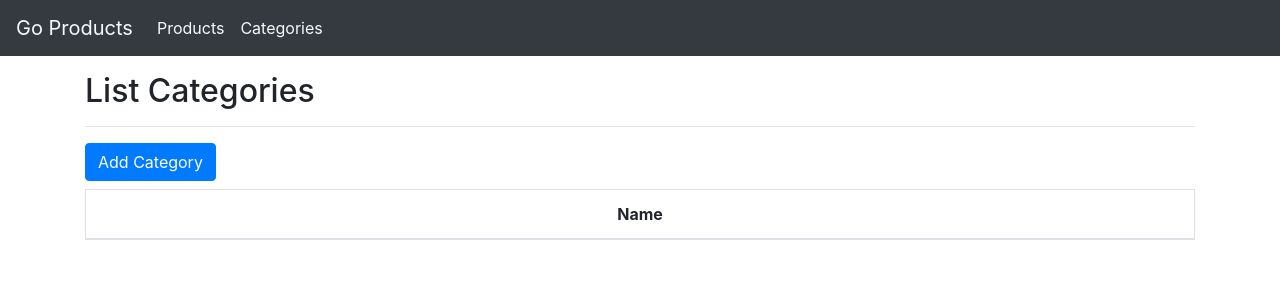
Repository: Nouthemoran/go-web-native-crud
Page: views/category/index.html
The author's editor kept a copy of each file at every save. The page is drawn from the files as they stood at one save, then again after the next save.
The browser window is 1280 px wide. The pictures show the whole page.

Above is the page before, as saved 2023-10-04 15:38:54.

After the next save:
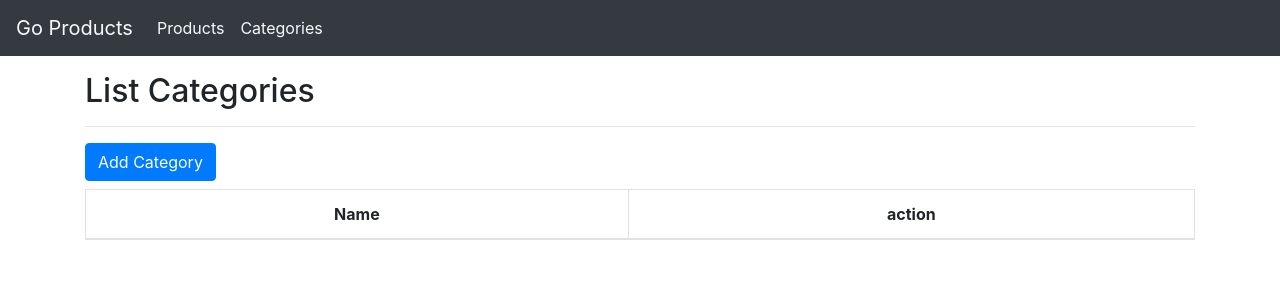
Saved 4 s later.
--- a/views/category/index.html
+++ b/views/category/index.html
@@ -38,6 +38,7 @@
             <thead>
                 <tr>
                     <th>Name</th>
+                    <th>action</th>
                 </tr>
             </thead>
         </table>
